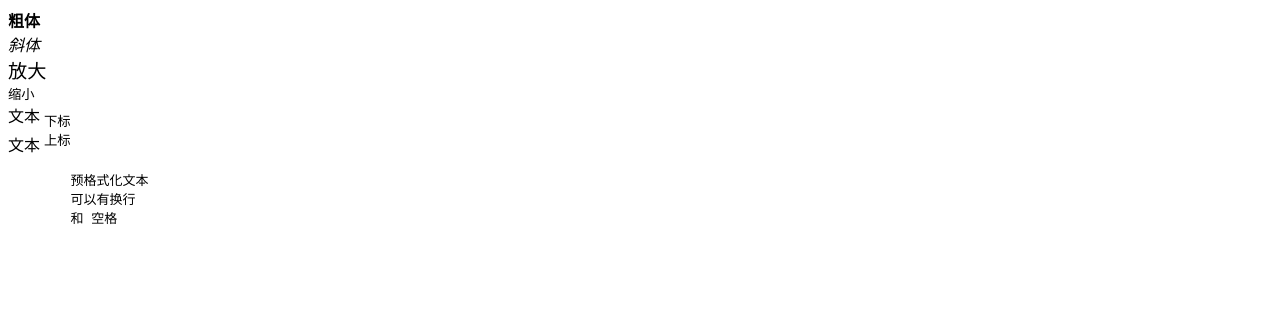
Repository: weizhang05g/learninghtml
Page: 文本格式化.html
An editor plug-in stored every save of this project. The page is shown before and after the next save, followed by the edit.
The browser window is 1280 px wide. The pictures show the whole page.

Above is the page before, as saved 2019-12-19 09:30:25.

### 文本格式化.html
<!DOCTYPE html>
<html lang="en">
<head>
    <meta charset="UTF-8">
    <meta name="viewport" content="width=device-width, initial-scale=1.0">
    <meta http-equiv="X-UA-Compatible" content="ie=edge">
    <title>Document</title>
</head>
<body>
    <strong>粗体</strong> <br>
    <em>斜体</em> <br>
    <big>放大</big> <br>
    <small>缩小</small> <br>
    文本 <sub>下标</sub> <br>
    文本 <sup>上标</sup> <br>
    <pre>
        预格式化文本
        可以有换行
        和 空格
    </pre>
</body>
</html>

After the next save:
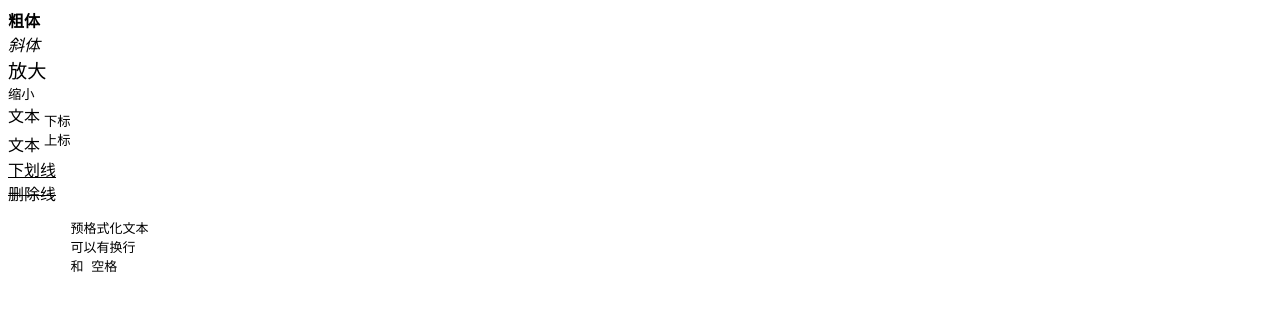
Saved 94 s later.
--- a/文本格式化.html
+++ b/文本格式化.html
@@ -13,6 +13,8 @@
     <small>缩小</small> <br>
     文本 <sub>下标</sub> <br>
     文本 <sup>上标</sup> <br>
+    <ins>下划线</ins> <br>
+    <del>删除线</del> <br>
     <pre>
         预格式化文本
         可以有换行
